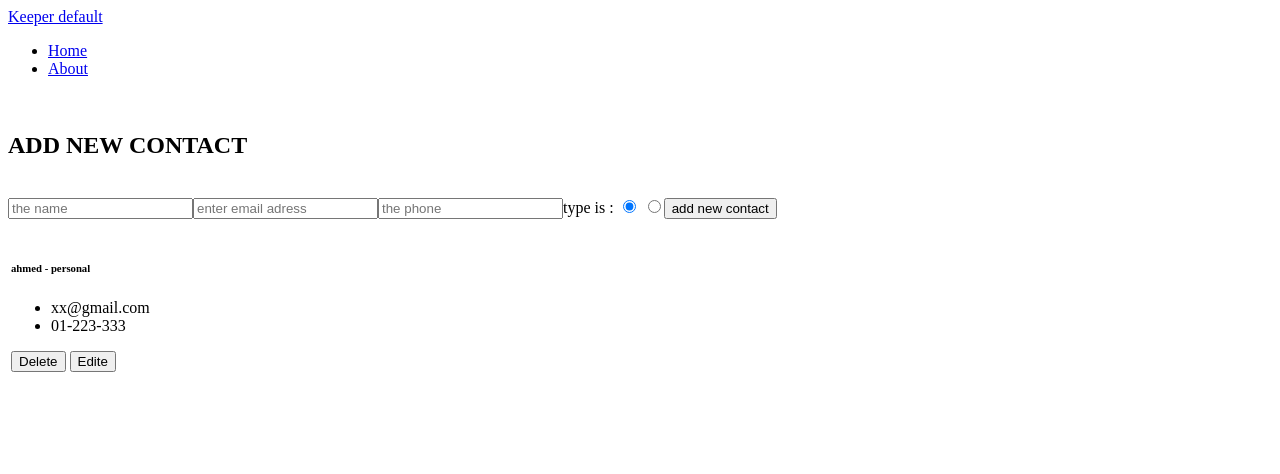
Repository: 3bdulrahman/contact-keeper
Page: / (app in client/)
An editor plug-in stored every save of this project. The page is shown before and after a run of saves, followed by the edit.
The browser window is 1280 px wide. The pictures show the whole page.
The project was rebuilt for these pictures with package versions that can differ from the ones it lists, and the page was loaded fresh each time. A package was used in the major version that the imports need, not the one package.json lists. Also part of the build but not shown: client/src/components/pages/About.js, client/src/App.css.

Above is the page before, as saved 2020-04-16 18:16:42.

After the next 2 saves:
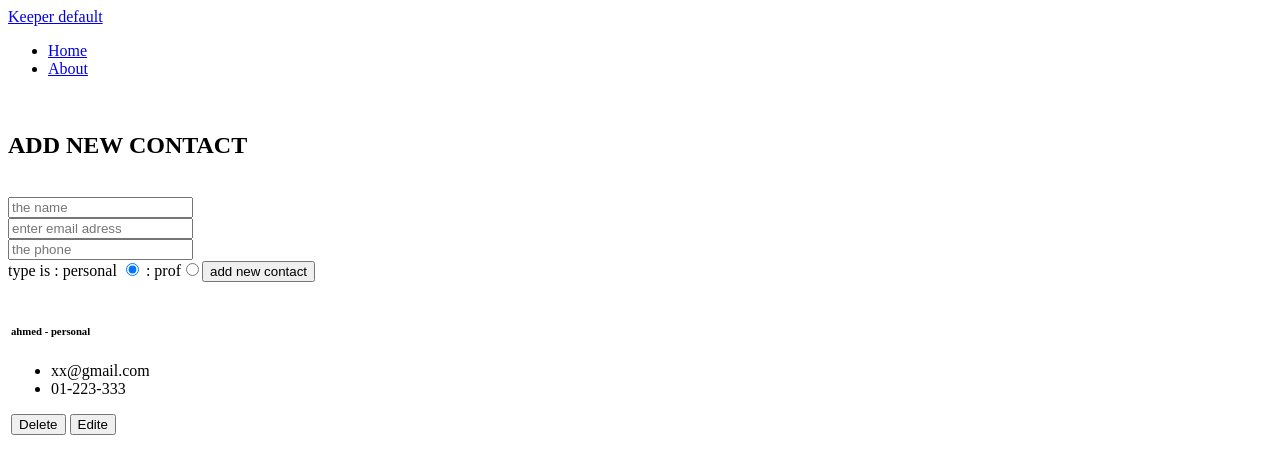
The 2 saves are shown as one change because 1 did not build or start.
The last was saved 4 min 12 s later.
--- a/client/src/components/contacts/contactForm.js
+++ b/client/src/components/contacts/contactForm.js
@@ -23,6 +23,7 @@ import contactContext from '../../context/contact/ContactContext'
 
         setContact({name:'' , email:'',phone:'',type:'personal'})
     }
+    const clearAll = ()=> clearCurrent()
     return (
         <form onSubmit={onSubmit}>
         <br />
@@ -31,16 +32,22 @@ import contactContext from '../../context/contact/ContactContext'
             <div className='form-group'>
                 <input type='text' className='form-control'
                 placeholder='the name' name='name' value={name} onChange={onChange} />
+                <br />
                 <input type='text' className='form-control'
                 placeholder='enter email adress'name='email' value={email} onChange={onChange} />
+                <br />
                 <input type='text' className='form-control'
                 placeholder='the phone' name='phone' value={phone} onChange={onChange} />
-                type is : <input type='radio'
+                <br />
+                type is : personal <input type='radio'
                  value='personal' name='type' onChange={onChange} checked={type==='personal'}  />{' '}
-                  <input type='radio'
+                  : prof<input type='radio'
                  value='prof' name='type'  onChange={onChange} checked={type==='prof'}/>
                  <input type='submit' value={current?'update contact':'add new contact'} className='btn btn-block btn-primary' />
-
+                 <br />
+                 {current && <div>
+                       <button className="btn btn-block btn-light" onClick={clearAll}>clear current</button>
+                     </div>}
 
             </div>
         </form>
